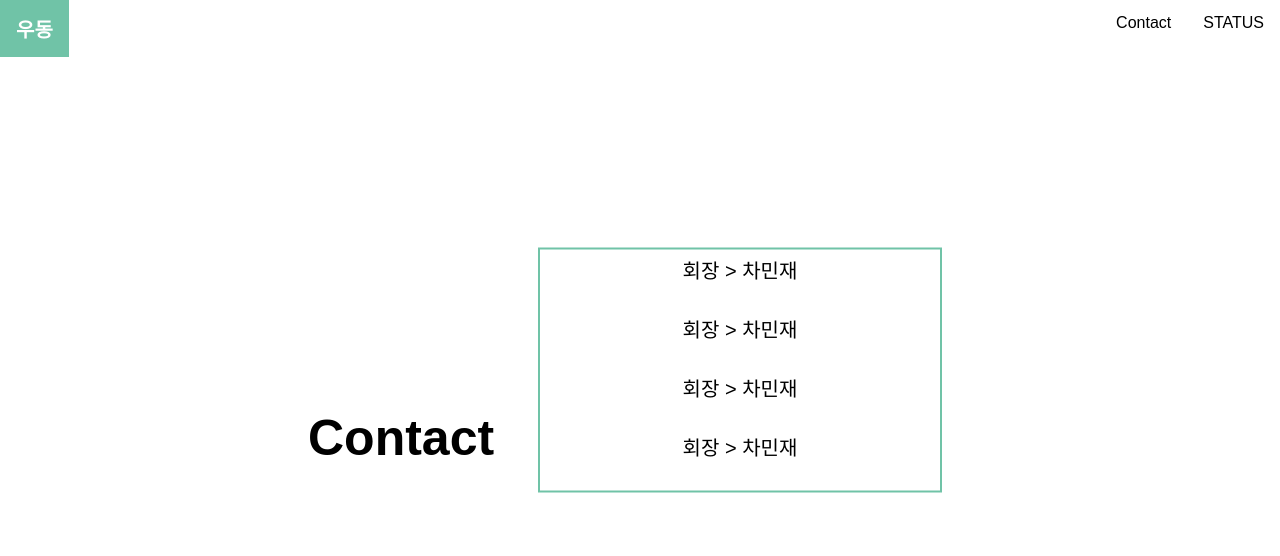
Repository: charmingjae/circles
Page: http://localhost/circles/root/contact.jsp
An editor plug-in stored every save of this project. The page is shown before and after the next save, followed by the edit.
The browser window is 1280 px wide. The pictures show the whole page.
Some web fonts or font styles are not loaded; a fallback is used. The page is served by Tomcat 9.

Above is the page before, as saved 2020-07-09 15:00:53.

After the next save:
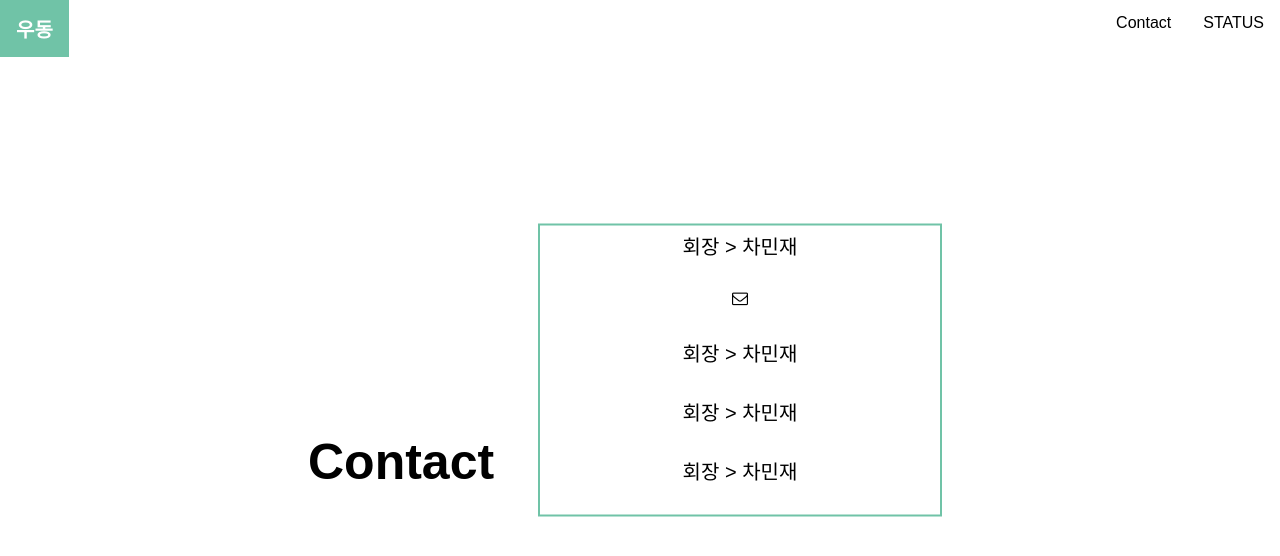
Saved 113 s later.
--- a/circles/WebContent/root/contact.jsp
+++ b/circles/WebContent/root/contact.jsp
@@ -21,7 +21,7 @@
 			<span id="head"> Contact </span>
 			<div class="main">
 				<span id="showEtc"> 회장 > 차민재 </span>
-				<span id="showEtc">  </span>
+				<i class="fa fa-envelope-o" aria-hidden="true"></i><span id="showEtc">  </span>
 				<span id="showEtc"> 회장 > 차민재 </span>
 				<span id="showEtc"> 회장 > 차민재 </span>
 				<span id="showEtc"> 회장 > 차민재 </span>
